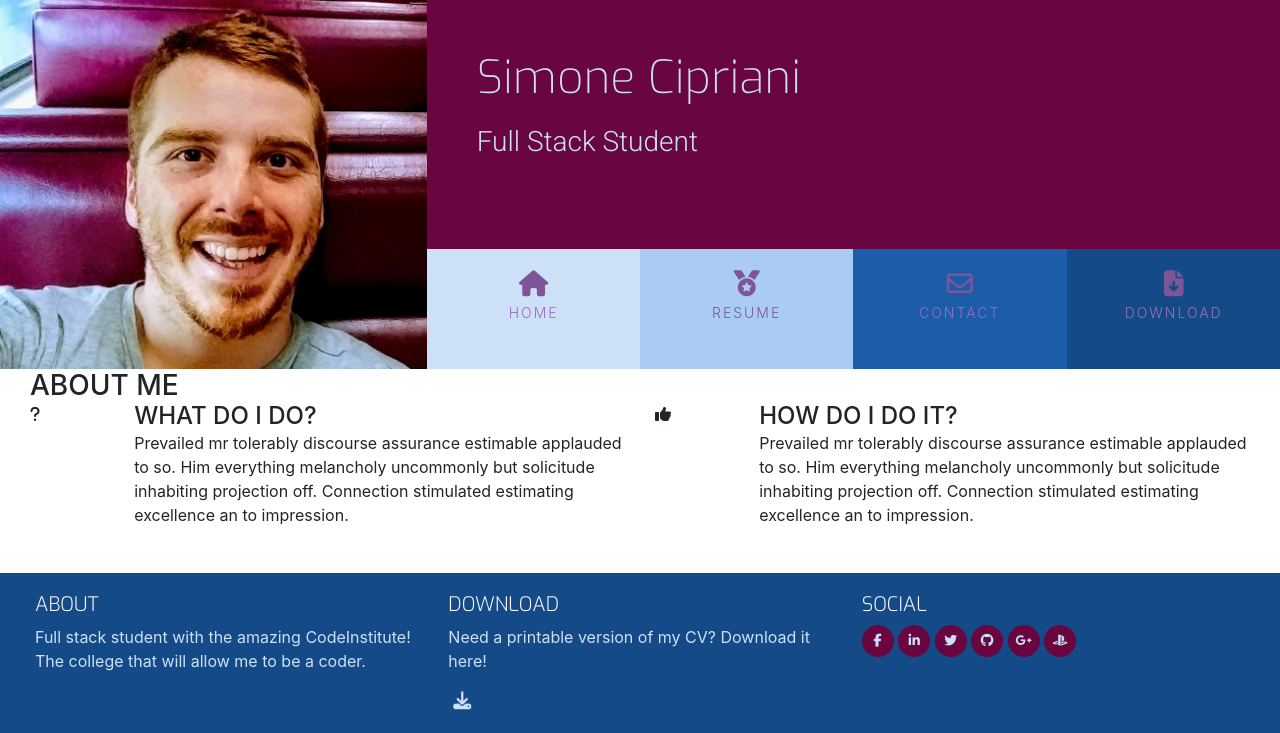
Repository: cipsim/resume
Page: index.html
The author's editor kept a record of every edit. The page is drawn from the files as they stood at one moment, then again after the next edit.
The browser window is 1280 px wide. The pictures show the whole page.
Some web libraries are served in a nearby version.

Above is the page before.

After the next edit:
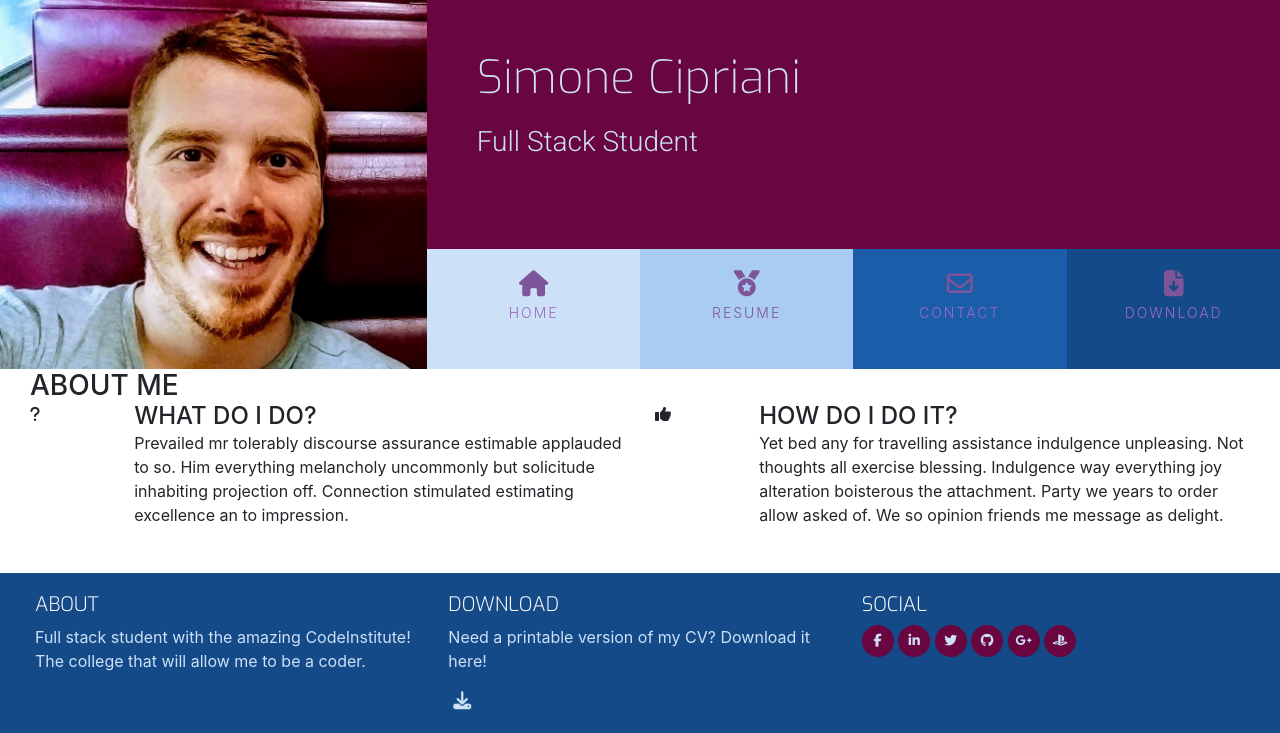
The edit:
--- a/index.html
+++ b/index.html
@@ -74,9 +74,9 @@
                                 </div>
                                 <div class="col-10">
                                     <h4 class="three-reasons-heading uppercase">How do i do it?</h4>
-                                    <p>Prevailed mr tolerably discourse assurance estimable applauded to so.
-                                    Him everything melancholy uncommonly but solicitude inhabiting projection off.
-                                    Connection stimulated estimating excellence an to impression. </p>
+                                    <p>Yet bed any for travelling assistance indulgence unpleasing. Not thoughts all exercise blessing.
+                                    Indulgence way everything joy alteration boisterous the attachment.
+                                    Party we years to order allow asked of. We so opinion friends me message as delight. </p>
                                 </div>
                         </div>
                     </div>
